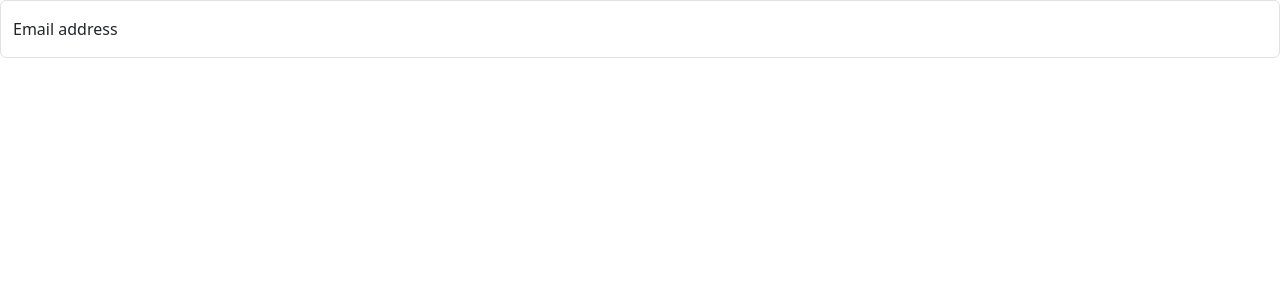
Repository: Riyakashiwala/practical
Page: riya 6th sem/form.html
These files come from the project's save history. The page is drawn as it stood at one moment and after the next save; the edit follows.
The browser window is 1280 px wide. The pictures show the whole page.

Above is the page before, as saved 2024-12-12 05:58:21.

After the next save:
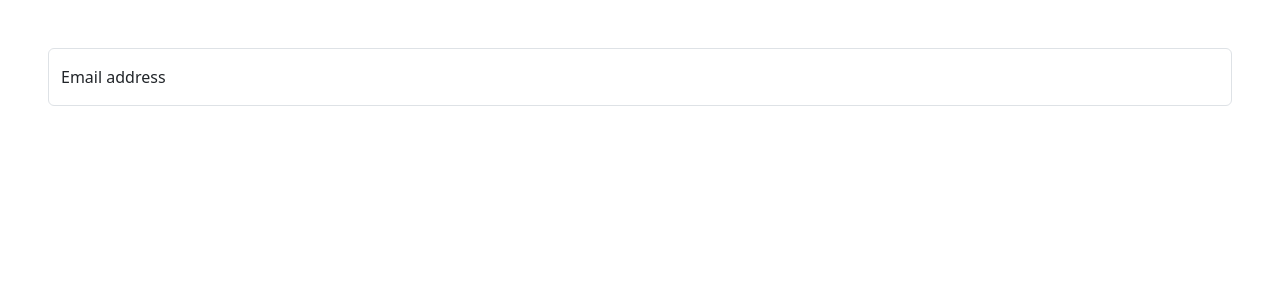
Saved 2 min 27 s later.
--- a/riya 6th sem/form.html
+++ b/riya 6th sem/form.html
@@ -5,9 +5,10 @@
     <meta name="viewport" content="width=device-width, initial-scale=1.0">
     <title>Document</title>
     <link href="https://cdn.jsdelivr.net/npm/bootstrap@5.3.3/dist/css/bootstrap.min.css" rel="stylesheet" integrity="sha384-QWTKZyjpPEjISv5WaRU9OFeRpok6YctnYmDr5pNlyT2bRjXh0JMhjY6hW+ALEwIH" crossorigin="anonymous">
+
 </head>
 <body>
-    <div class="form-floating mb-3 ">
+    <div class="form-floating mb-3 m-5">
         <input type="email" class="form-control" id="floatingInput" placeholder="name@example.com">
         <label for="floatingInput">Email address</label>
     </div>
